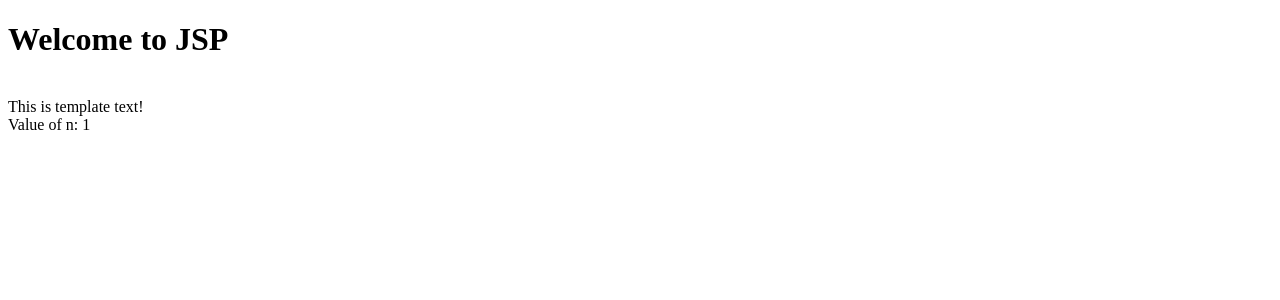
Repository: tushar-TD/Adv_java
Page: http://localhost/Jsp/greet.jsp
The author's editor kept a copy of each file at every save. The page is drawn from the files as they stood at one save, then again after a run of saves.
The browser window is 1280 px wide. The pictures show the whole page.
The page is served by Tomcat 9. Other server files are loaded and not shown.

Above is the page before, as saved 2023-07-08 04:17:17.

### Jsp/src/main/webapp/greet.jsp
<%@ page language="java" contentType="text/html; charset=ISO-8859-1"
    pageEncoding="ISO-8859-1"%>
<!DOCTYPE html>
<html>
<head>
<meta charset="ISO-8859-1">
<title>Insert title here</title>
</head>
<body>
<h1>Welcome to JSP</h1>
<br/>
This is template text!
<br/>
<%--This is JSP comment--%>
<%
int n=0;
out.print("Value of n: "+(++n));
%>
<br/>

</body>
</html>

After the next 2 saves:
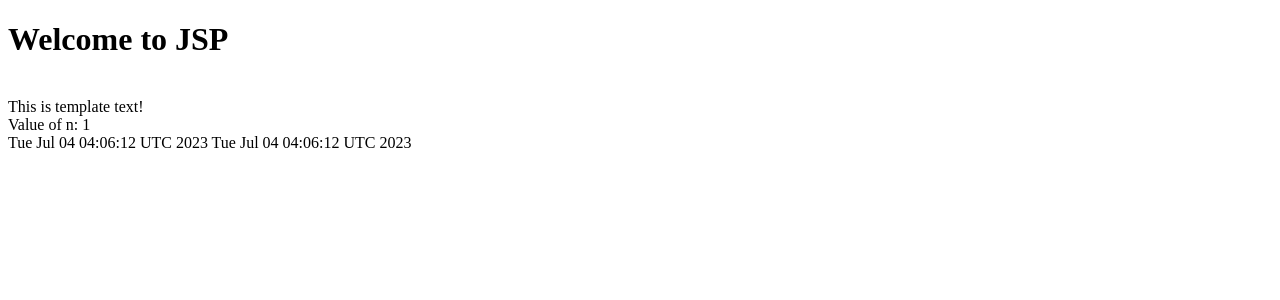
The 2 saves are shown as one change because 1 did not build or start.
The last was saved 78 s later.
--- a/Jsp/src/main/webapp/greet.jsp
+++ b/Jsp/src/main/webapp/greet.jsp
@@ -1,4 +1,4 @@
-<%@ page language="java" contentType="text/html; charset=ISO-8859-1"
+<%@ page import="java.util.*" language="java" contentType="text/html; charset=ISO-8859-1"
     pageEncoding="ISO-8859-1"%>
 <!DOCTYPE html>
 <html>
@@ -17,6 +17,8 @@ int n=0;
 out.print("Value of n: "+(++n));
 %>
 <br/>
-
+<%  out.print(Calendar.getInstance().getTime()); %>
+	<%= Calendar.getInstance().getTime()  %>
+	<br/>
 </body>
 </html>
